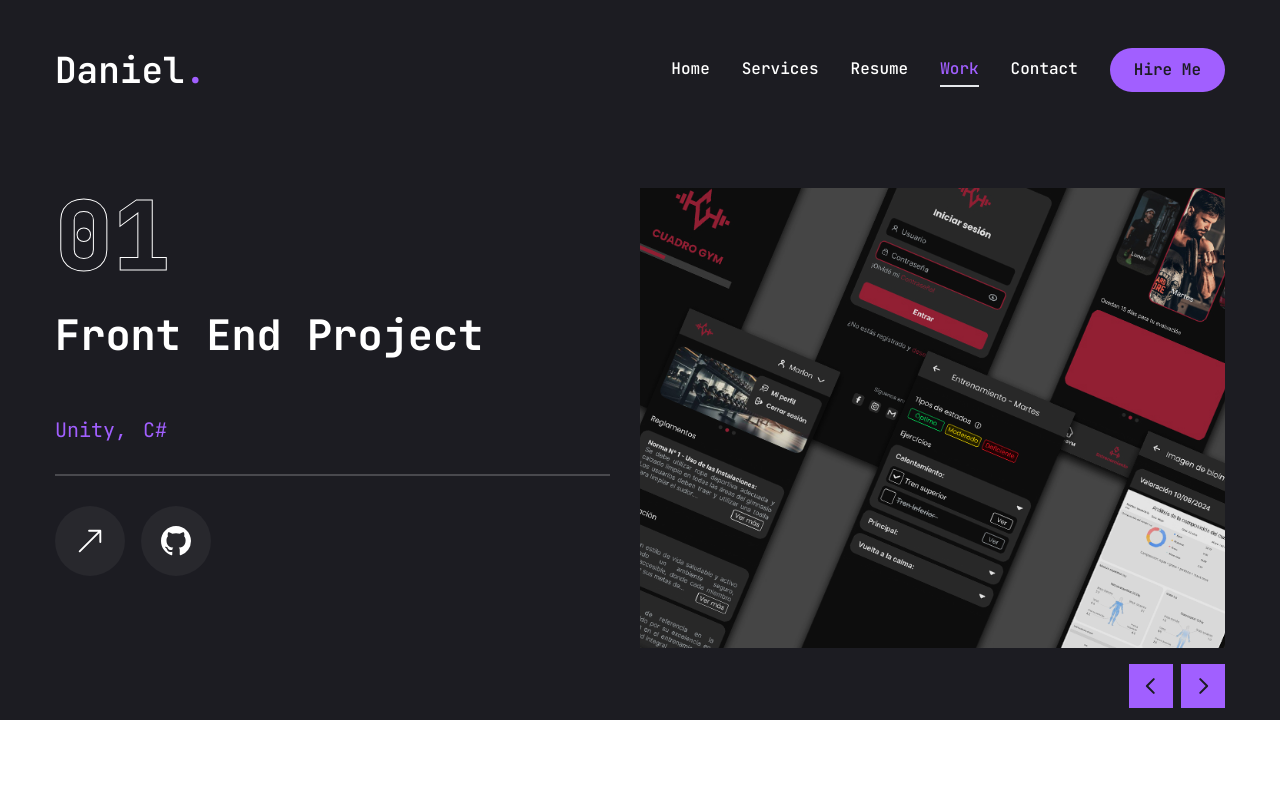
Repository: itsDarkos/Daniel-Portfolio
Page: /work
An editor plug-in stored every save of this project. The page is shown before and after the next save, followed by the edit.
The browser window is 1280 px wide. The pictures show the whole page.
The project was rebuilt for these pictures with package versions that can differ from the ones it lists, and the page was loaded fresh each time. The framework's server and built-in components were replaced by stand-ins that run in the browser. Also part of the build but not shown: next.config.mjs.

Above is the page before, as saved 2025-01-05 18:29:04.

After the next save:
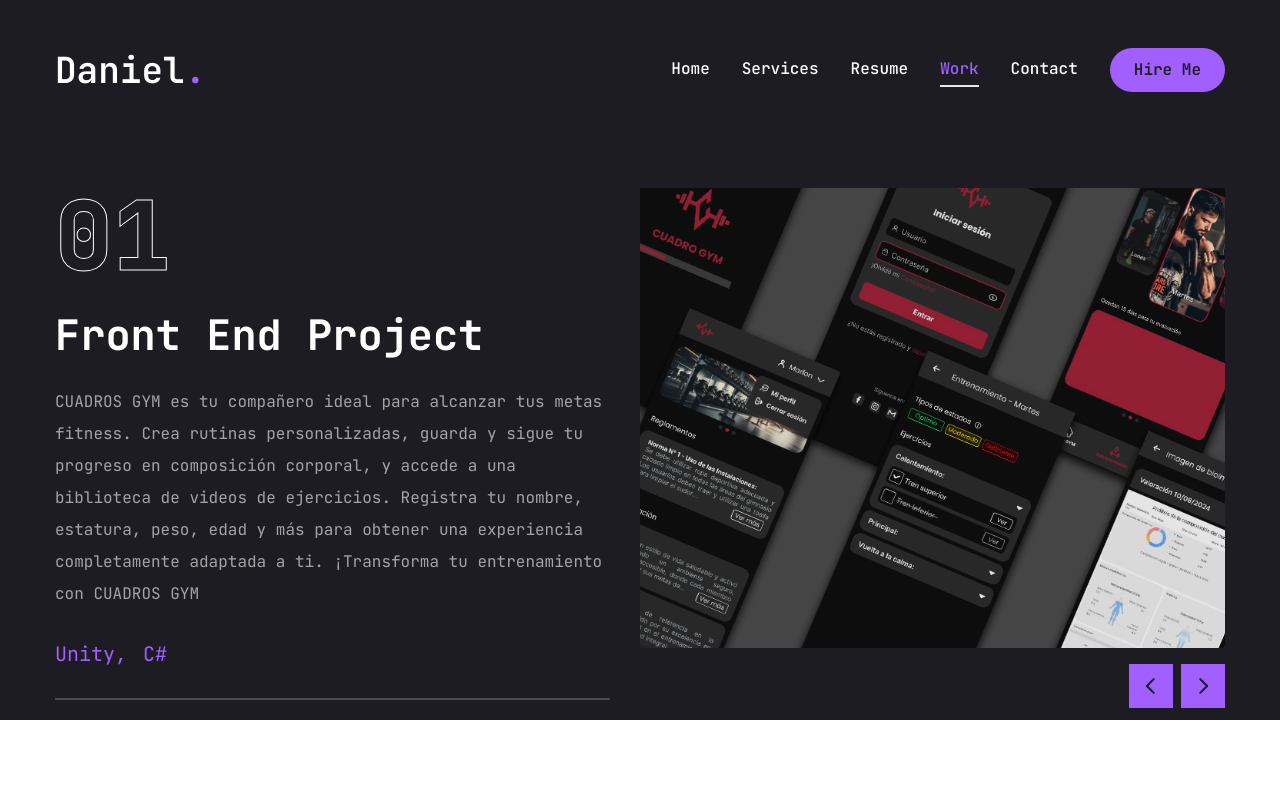
Saved 2 min 9 s later.
--- a/app/work/page.jsx
+++ b/app/work/page.jsx
@@ -26,7 +26,7 @@ const projects = [
     num: "01",
     category: "Front End",
     title: "projecto 1",
-    description: "",
+    description: "CUADROS GYM es tu compañero ideal para alcanzar tus metas fitness. Crea rutinas personalizadas, guarda y sigue tu progreso en composición corporal, y accede a una biblioteca de videos de ejercicios. Registra tu nombre, estatura, peso, edad y más para obtener una experiencia completamente adaptada a ti. ¡Transforma tu entrenamiento con CUADROS GYM",
     stack: [{ name: "Unity" }, { name: "C#" }],
     image: "/assets/work/thumb1.jpg",
     live: "",
